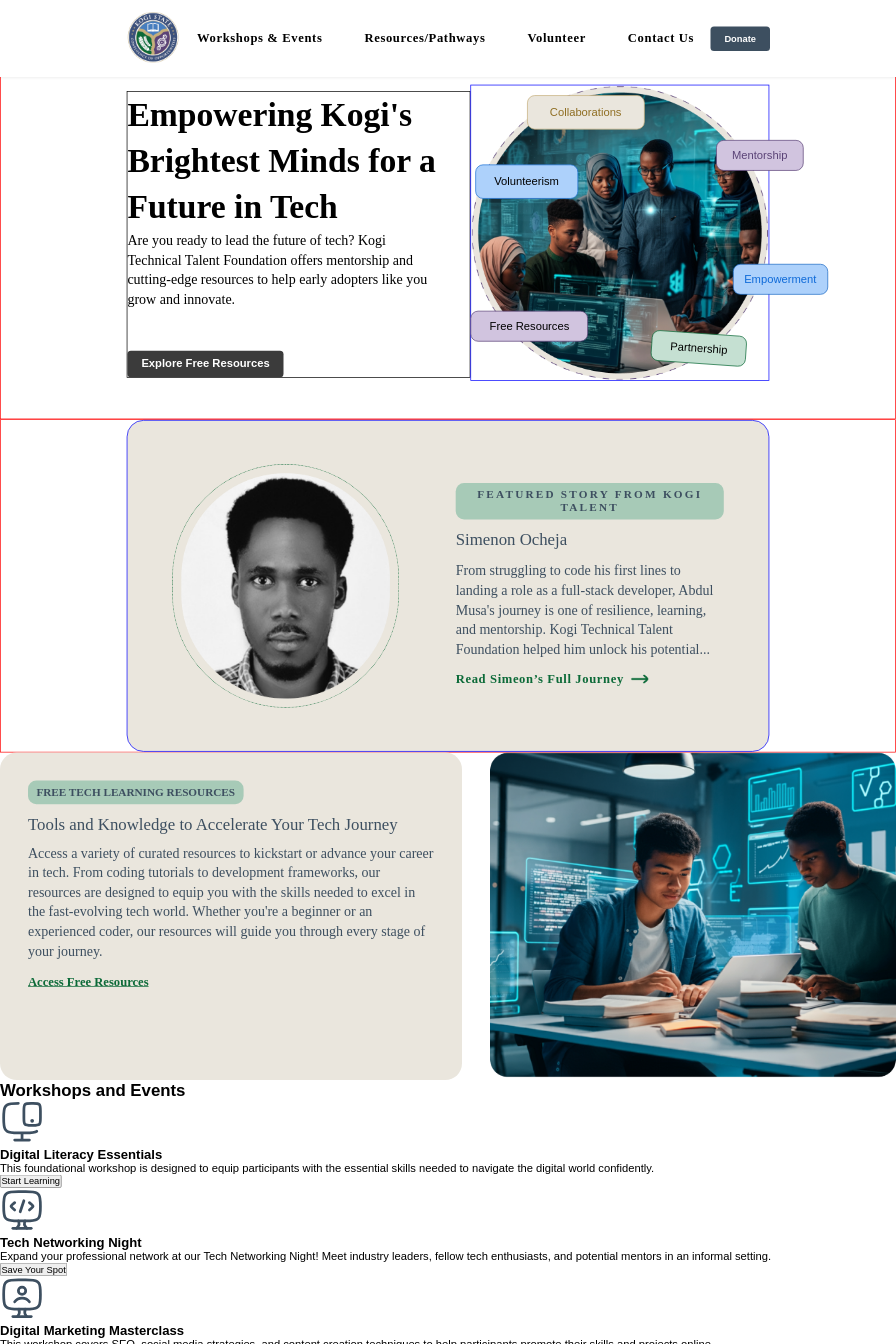
Repository: Cryptim/3MTT-Kogi-Foundation
Page: index.html
These files come from the project's save history. The page is drawn as it stood at one moment and after the next save; the edit follows.
The browser window is 1280 px wide. The pictures show the part of the page from y = 0 to 1920 px (the page is 5055 px tall), at 70% of full size.

Above is the page before, as saved 2024-11-15 01:57:41.

### index.html
<!DOCTYPE html>
<html lang="en">
  <head>
    <meta charset="UTF-8" />
    <meta name="viewport" content="width=device-width, initial-scale=1.0" />
    <title>Three Million Technical Talent Foundation</title>
    <link rel="stylesheet" href="stlyes/style.css" />
  </head>
  <body>
    <header class="header">
      <div class="logo">
        <img src="assets/images/logo.png" alt="Foundation Logo" />
      </div>
      <nav class="nav">
        <a href="#">Workshops & Events</a>
        <a href="#">Resources/Pathways</a>
        <a href="#">Volunteer</a>
        <a href="#">Contact Us</a>
      </nav>
      <div class="donate-button">
        <button>Donate</button>
      </div>
    </header>
    <!-- Hero sections -->
    <div class="padding hero-section">
      <div class="text-container">
        <h1>Empowering Kogi's Brightest Minds for a Future in Tech</h1>
        <p>
          Are you ready to lead the future of tech? Kogi Technical Talent
          Foundation offers mentorship and cutting-edge resources to help early
          adopters like you grow and innovate.
        </p>
        <div class="explore-button">
          <button>Explore Free Resources</button>
        </div>
      </div>
      <div class="image-container">
        <img
          src="assets/images/Frame 5.png"
          alt="Team working with technology"
        />
        <div class="tag tag-collaborations">Collaborations</div>
        <div class="tag tag-volunteerism">Volunteerism</div>
        <div class="tag tag-mentorship">Mentorship</div>
        <div class="tag tag-empowerment">Empowerment</div>
        <div class="tag tag-free-resources">Free Resources</div>
        <div class="tag tag-partnership">Partnership</div>
      </div>
    </div>
    <!-- Featured Story Section -->
    <div class="padding featuredStoryContainer">
      <div class="featuredStory"
      >
        <div  class="featuredStoryDottedImageLine"
        >
          <img class="featuredStoryImage"
            src="assets/images/Simeon ocheja 1.png"
            alt="Simenon Ocheja"
          />
        </div>
        <div
          style="width: 589px; display: flex; flex-direction: column; gap: 16px"
        >
          <div class="featuredStoryTextContainer"

          >
            <span class="featuredStoryText"

              >Featured Story from Kogi talent</span
            >
          </div>
          <h2 class="featuredStoryName"
          >
            Simenon Ocheja
          </h2>
          <p class="feat"
            style="
              width: 100%;
              color: #3d4f60;
              font-size: 20px;
              font-family: Cascadia Code;
              font-weight: 300;
              line-height: 28px;
              word-wrap: break-word;
            "
          >
            From struggling to code his first lines to landing a role as a
            full-stack developer, Abdul Musa's journey is one of resilience,
            learning, and mentorship. Kogi Technical Talent Foundation helped
            him unlock his potential...
          </p>
          <div style="display: flex; align-items: center; gap: 8px">
            <span
              style="
                color: #0c6a38;
                font-size: 18px;
                font-family: Cascadia Code;
                font-weight: 700;
                line-height: 27.2px;
                letter-spacing: 0.9px;
                word-wrap: break-word;
              "
              >Read Simeon’s Full Journey</span
            >
        <img src="./assets/images/icons/arrow-right-02.png" alt="arrow-right-02">
            </div>
          </div>
        </div>
      </div>
    </div>
    <!-- Free Tech Learning Resources Section -->
    <div style="display: flex; gap: 40px">
      <div
        style="flex: 1; padding: 40px; background: #eae6dd; border-radius: 24px"
      >
        <div
          style="
            padding: 8px 12px;
            background: #a7cab7;
            border-radius: 12px;
            display: inline-block;
          "
        >
          <span
            style="
              color: #3d4f60;
              font-size: 16px;
              font-family: Cascadia Code;
              font-weight: 600;
              text-transform: uppercase;
            "
            >Free Tech Learning Resources</span
          >
        </div>
        <h3
          style="
            color: #3d4f60;
            font-size: 24px;
            font-family: Cascadia Code;
            font-weight: 400;
            margin-top: 16px;
          "
        >
          Tools and Knowledge to Accelerate Your Tech Journey
        </h3>
        <p
          style="
            color: #3d4f60;
            font-size: 20px;
            font-family: Cascadia Code;
            font-weight: 300;
            line-height: 1.4;
            margin-top: 12px;
          "
        >
          Access a variety of curated resources to kickstart or advance your
          career in tech. From coding tutorials to development frameworks, our
          resources are designed to equip you with the skills needed to excel in
          the fast-evolving tech world. Whether you're a beginner or an
          experienced coder, our resources will guide you through every stage of
          your journey.
        </p>
        <a
          href="#"
          style="
            color: #0c6a38;
            font-size: 18px;
            font-family: Cascadia Code;
            font-weight: 700;
            display: inline-block;
            margin-top: 20px;
          "
          >Access Free Resources</a
        >
      </div>
      <div style="flex: 1">
        <img
          style="width: 100%; border-radius: 24px"
          src="assets/images/Resources image 1.png"
          alt="Tech Journey"
        />
      </div>
    </div>
    <!-- workshop section -->
    <section class="workshops-section">
      <h2>Workshops and Events</h2>
      <div class="workshops-container">
        <div class="workshop-card">
          <div class="icon">
            <img
              src="assets/images/computer-phone-sync.svg"
              alt="Digital Literacy Icon"
            />
          </div>
          <h3>Digital Literacy Essentials</h3>
          <p>
            This foundational workshop is designed to equip participants with
            the essential skills needed to navigate the digital world
            confidently.
          </p>
          <button>Start Learning</button>
        </div>
        <div class="workshop-card">
          <div class="icon">
            <img
              src="assets/images/computer-programming-01.svg"
              alt="Networking Icon"
            />
          </div>
          <h3>Tech Networking Night</h3>
          <p>
            Expand your professional network at our Tech Networking Night! Meet
            industry leaders, fellow tech enthusiasts, and potential mentors in
            an informal setting.
          </p>
          <button>Save Your Spot</button>
        </div>
        <div class="workshop-card">
          <div class="icon">
            <img
              src="assets/images/computer-video-call.svg"
              alt="Marketing Icon"
            />
          </div>
          <h3>Digital Marketing Masterclass</h3>
          <p>
            This workshop covers SEO, social media strategies, and content
            creation techniques to help participants promote their skills and
            projects online.
          </p>
          <button>Join the Masterclass</button>
        </div>
      </div>
    </section>
    <!--  Event section-->
    <section class="events-section">
      <h2>Upcoming Events</h2>
      <div class="events-container">
        <div class="event-card">
          <img
            src="assets/images/cloud-african 1.png"
            alt="Cloud Computing Workshop"
          />
          <h3>Getting Started with Cloud Computing: A Beginner's Guide</h3>
          <p>
            This introductory workshop will guide you through the fundamentals
            of cloud computing.
          </p>
          <div class="event-info">
            <span class="event-date"
              ><img
                src="assets/images/calendar-01.svg"
                alt="Calendar Icon"
                class="icon"
              />
              December 5, 2024</span
            >
            <span class="event-time"
              ><img
                src="assets/images/alarm-clock.svg"
                alt="Clock Icon"
                class="icon"
              />
              10:00 AM - 12:00 PM</span
            >
          </div>
        </div>
        <div class="event-card">
          <img
            src="assets/images/digital marketing.png"
            alt="Social Media for Entrepreneurs"
          />
          <h3>Mastering Social Media for Digital Entrepreneurs</h3>
          <p>
            Discover content creation strategies, audience engagement
            techniques, and more.
          </p>
          <div class="event-info">
            <span class="event-date"
              ><img
                src="assets/images/calendar-01.svg"
                alt="Calendar Icon"
                class="icon"
              />
              December 5, 2024</span
            >
            <span class="event-time"
              ><img
                src="assets/images/alarm-clock.svg"
                alt="Clock Icon"
                class="icon"
              />
              10:00 AM - 12:00 PM</span
            >
          </div>
        </div>
        <div class="event-card">
          <img
            src="assets/images/python.png"
            alt="Python Programming Workshop"
          />
          <h3>Intro to Python Programming: Building Your First App</h3>
          <p>
            This online workshop is perfect for beginners looking to learn
            Python programming.
          </p>
          <div class="event-info">
            <span class="event-date"
              ><img
                src="assets/images/calendar-01.svg"
                alt="Calendar Icon"
                class="icon"
              />
              December 5, 2024</span
            >
            <span class="event-time"
              ><img
                src="assets/images/alarm-clock.svg"
                alt="Clock Icon"
                class="icon"
              />
              10:00 AM - 12:00 PM</span
            >
          </div>
        </div>
      </div>
    </section>
    <!-- Mentor section -->
    <section class="mentors-section">
      <h2>Meet Our Mentors and Contributors</h2>
      <p>
        Meet Our MAt the heart of the Kogi Technical Talent Foundation is a
        dedicated team of mentors and contributors who are passionate about
        sharing their knowledge and expertise. Our mentors come from diverse
        backgrounds in technology, entrepreneurship, and innovation, providing
        invaluable guidance to help you navigate your career journey. Whether
        you're looking to enhance your coding skills, explore new fields like
        digital marketing, or get advice on launching your own tech startup, our
        mentors are here to support you.
      </p>
      <a href="#" class="explore-link">Explore Our Mentor’s Profile →</a>
      <div class="mentors-container">
        <div class="mentor-card">
          <img src="assets/images/Frame 19.png" alt="Omachoko Arome" />
          <h3>Omachoko Arome</h3>
        </div>
        <div class="mentor-card">
          <img src="assets/images/Frame 20.png" alt="Marian Musa" />
          <h3>Marian Musa</h3>
        </div>
        <div class="mentor-card">
          <img src="assets/images/Frame 21.png" alt="Ismaila Omeiza" />
          <h3>Ismaila Omeiza</h3>
        </div>
        <div class="mentor-card">
          <img src="assets/images/Frame 22.png" alt="Timothy Ignatius" />
          <h3>Timothy Ignatius</h3>
        </div>
      </div>
    </section>
    <!-- Footer -->
    <section>
      <div class="Partners">
        <div class="OurPartners">Our Partners</div>
        <div class="Frame23">
          <div class="NitdaLogo">
            <img
              class="NitdaLogoNewest1RemovebgPreview"
              style="width: 232.86px; height: 113.82px"
              src="https://via.placeholder.com/233x114"
            />
          </div>
          <div class="NitdaLogo">
            <img
              class="MttRemovebgPreview"
              style="width: 232.86px; height: 113.82px"
              src="https://via.placeholder.com/233x114"
            />
          </div>
          <div class="NitdaLogo">
            <img
              class="KogiLogo"
              style="width: 232.86px; height: 113.82px"
              src="https://via.placeholder.com/233x114"
            />
          </div>
          <div class="NitdaLogo">
            <img
              class="MistLogoRemovebgPreview"
              style="width: 232.86px; height: 113.82px"
              src="https://via.placeholder.com/233x114"
            />
          </div>
        </div>
      </div>

      <div class="Footer">
        <div class="Frame24">
          <img class="KogiLogo1" src="https://via.placeholder.com/78x78" />
          <div class="EmpoweringKogiSBrightestMindsForAFutureInTech">
            Empowering Kogi's Brightest Minds for a Future in Tech
          </div>
        </div>

        <div class="NavigataionMenu">
          <div class="Workshops">
            <div class="QuickLinks">Quick Links</div>
          </div>
          <div class="Workshops">
            <div class="WorkshopsEvents">Workshops & Events</div>
          </div>
          <div class="Resources">
            <div class="ResourcesPathways">Resources/Pathways</div>
          </div>
          <div class="Volunteer">
            <div>Volunteer</div>
          </div>
          <div class="ContactUs">
            <div>Contact Us</div>
          </div>
        </div>

        <div class="Frame25">
          <div class="Donate">
            <div>Donate Now</div>
          </div>
          <div class="ContactUs">
            <div class="ConnectWithUs">Connect with Us</div>
          </div>
          <div class="Frame26">
            <div class="Facebook02">
              <div class="Vector"></div>
            </div>
            <div class="NewTwitter">
              <div class="Vector"></div>
            </div>
            <div class="Linkedin02">
              <div class="Vector"></div>
              <div class="Vector"></div>
              <div class="Vector"></div>
            </div>
            <div class="Instagram">
              <div class="Vector"></div>
              <div class="Vector"></div>
              <div class="Vector"></div>
            </div>
          </div>
        </div>
      </div>

      <div class="Frame27">
        <div
          class="AllRightsReserved3mttFellowBiweeklyBuildWithAFellowChallenge2024"
        >
          All rights reserved 3MTT Fellow Biweekly Build With a Fellow Challenge
          ©2024
        </div>
      </div>
    </section>
  </body>
</html>

Loaded but not shown: stlyes/style.css (850 lines, source omitted)

After the next save:
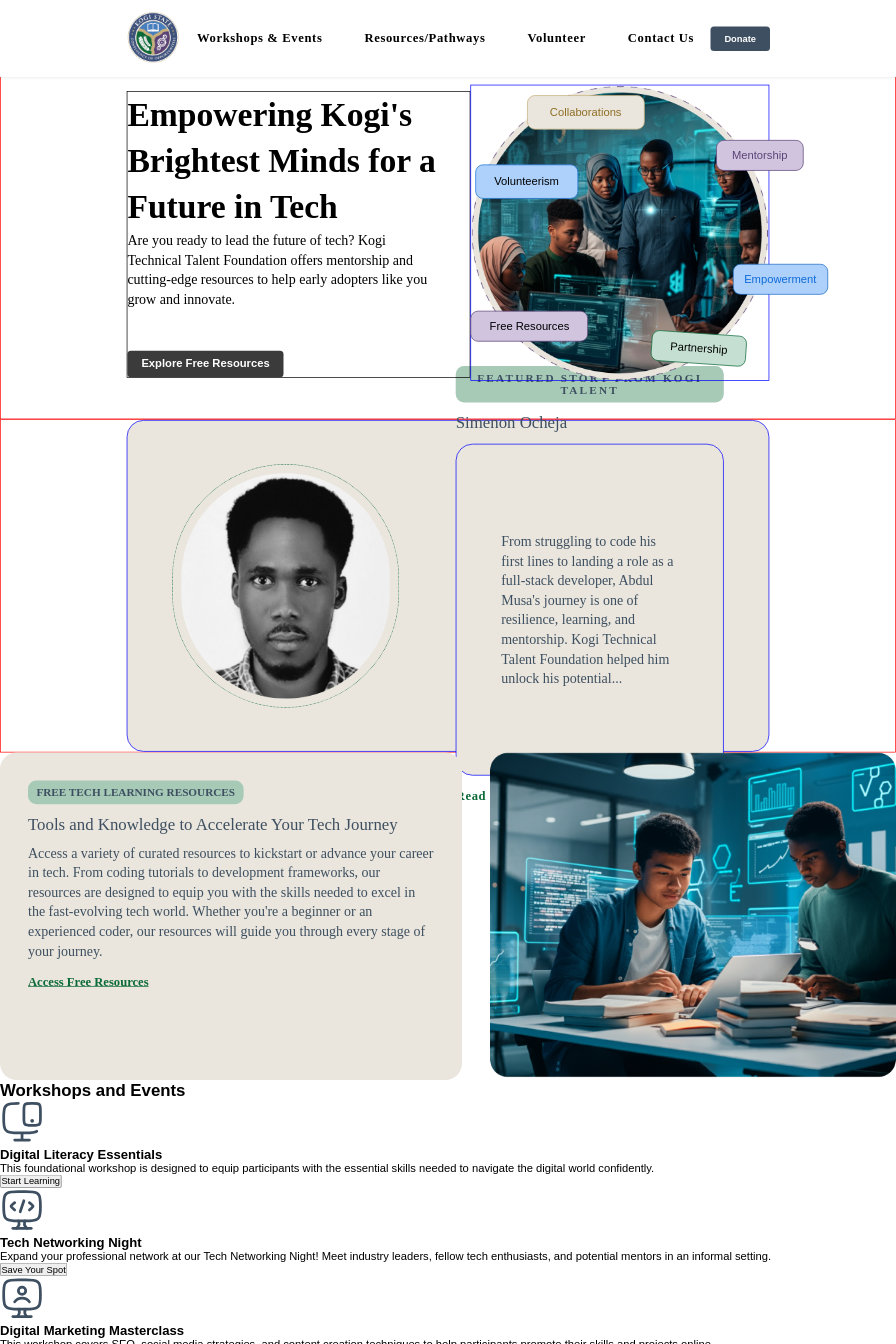
Saved 4 s later.
--- a/index.html
+++ b/index.html
@@ -73,7 +73,7 @@
           >
             Simenon Ocheja
           </h2>
-          <p class="feat"
+          <p class="featuredStory"
             style="
               width: 100%;
               color: #3d4f60;

After the 2 saves that followed:
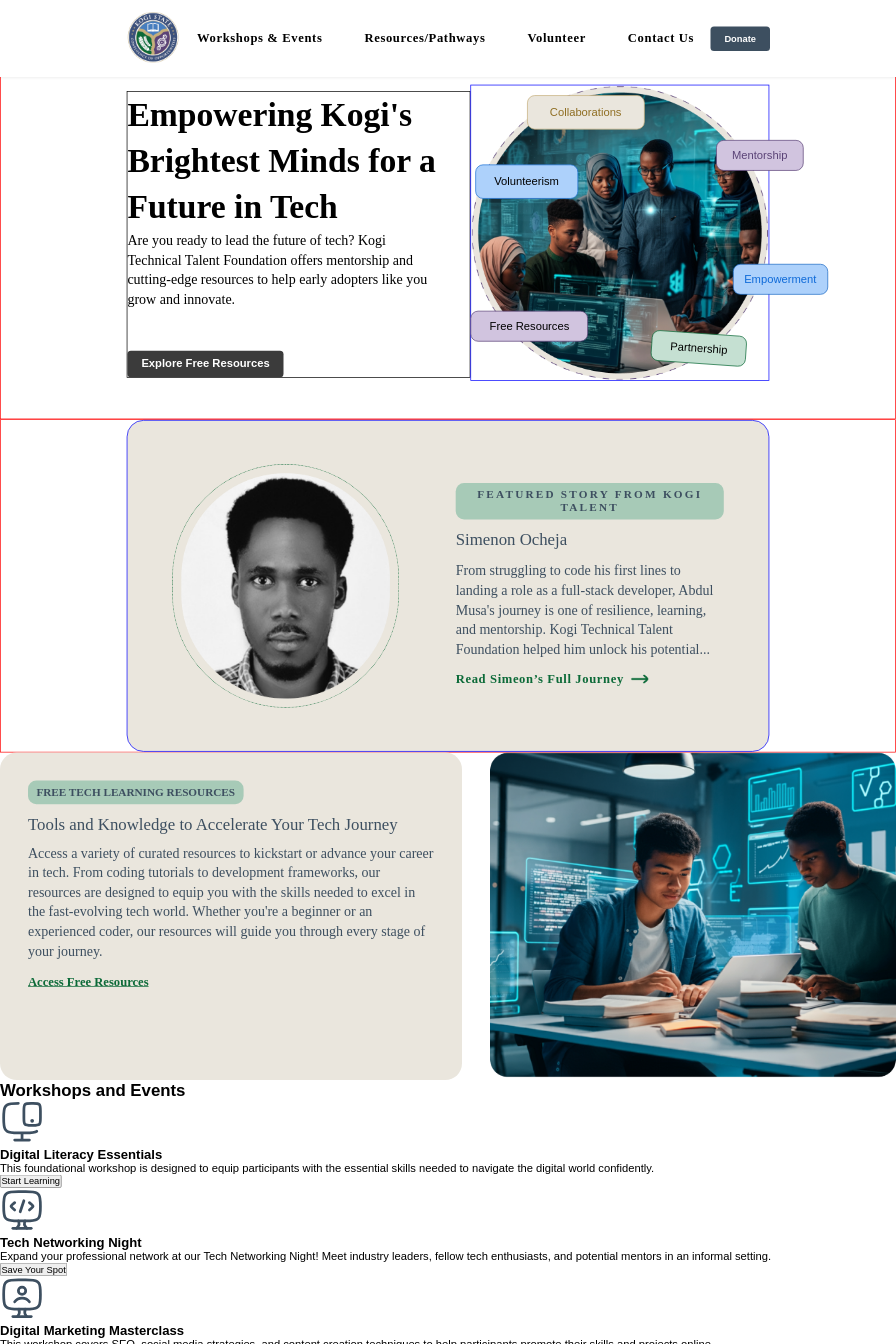
The 2 saves are shown as one change because they came seconds apart.
The last was saved 10 s later.
--- a/index.html
+++ b/index.html
@@ -73,7 +73,7 @@
           >
             Simenon Ocheja
           </h2>
-          <p class="featuredStory"
+          <p class="featuredStoryParagraph"
             style="
               width: 100%;
               color: #3d4f60;
